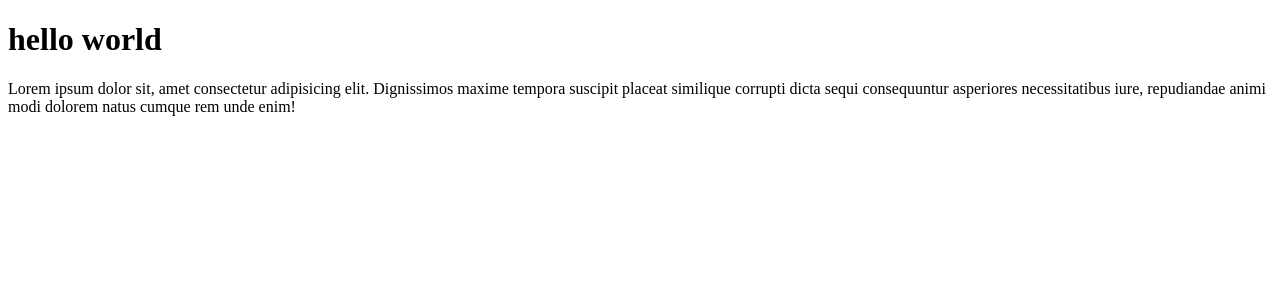
Repository: amorysdeo/remote-test-2
Page: http://localhost/
These files come from the project's save history. The page is drawn as it stood at one moment and after a run of saves; the edit follows.
The browser window is 1280 px wide. The pictures show the whole page.
The page is run by PHP 8.4 with error messages shown; the project is at /var/www/html/.

Above is the page before, as saved 2025-08-28 15:29:25.

After the next 2 saves:
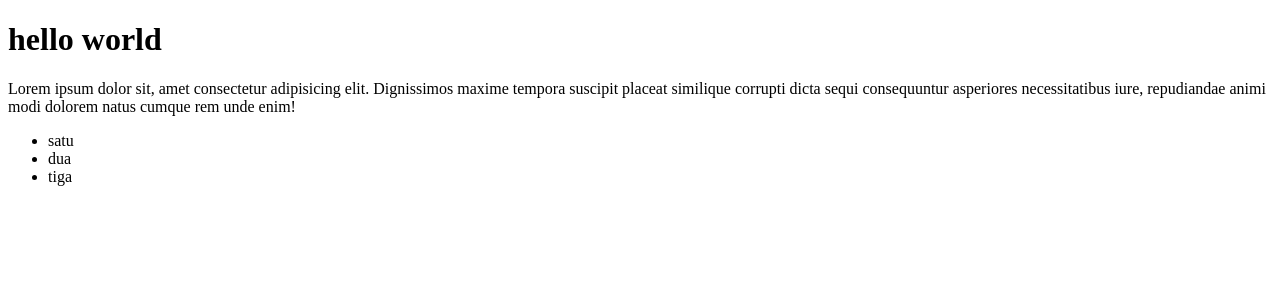
The 2 saves are shown as one change because they came seconds apart.
The last was saved 13 s later.
--- a/index.php
+++ b/index.php
@@ -8,6 +8,10 @@
 <body>
     <h1>hello world</h1>
     <p>Lorem ipsum dolor sit, amet consectetur adipisicing elit. Dignissimos maxime tempora suscipit placeat similique corrupti dicta sequi consequuntur asperiores necessitatibus iure, repudiandae animi modi dolorem natus cumque rem unde enim!</p>
-
+    <ul>
+        <li>satu</li>
+        <li>dua</li>
+        <li>tiga</li>
+    </ul>
 </body>
 </html>
